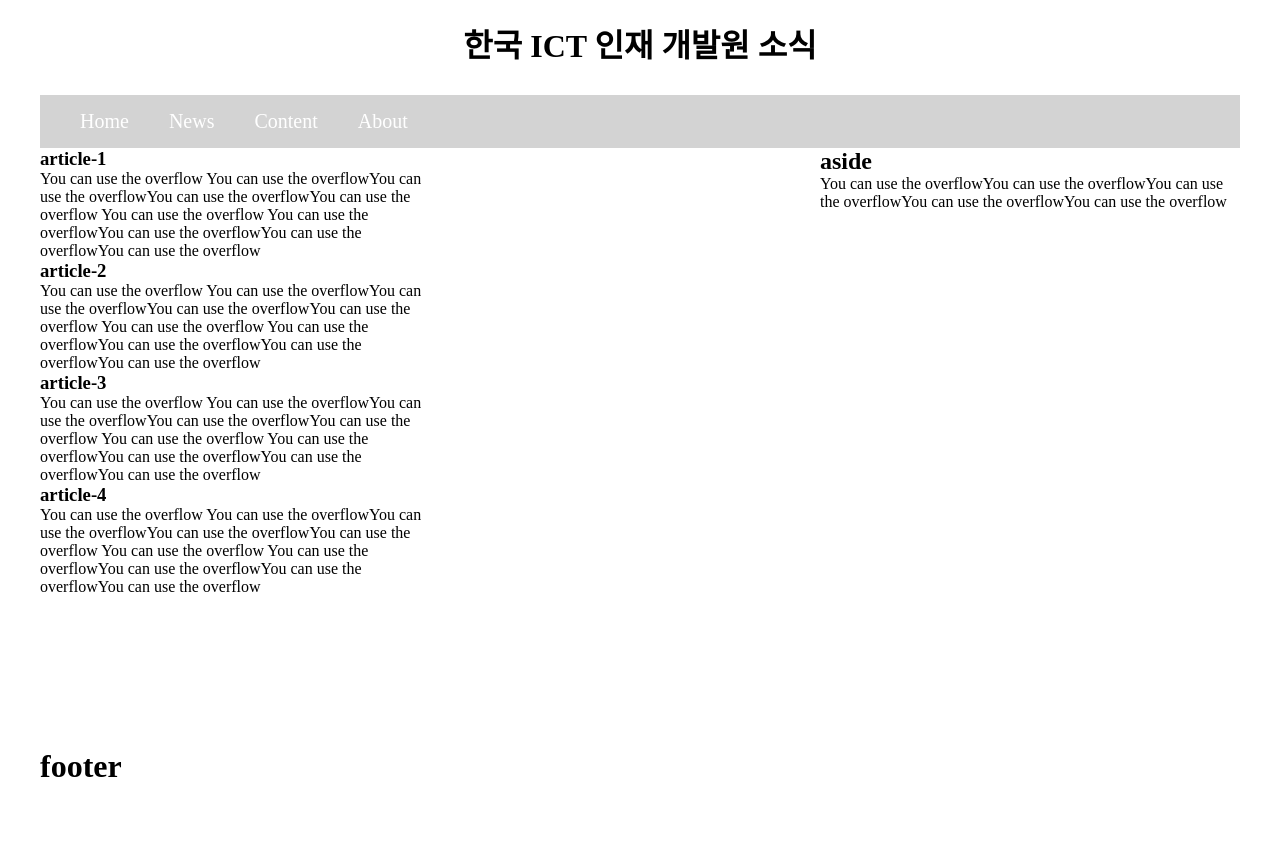
Repository: Kebiskim/2023_WebStudy
Page: 01_css/src/main/webapp/day02/Ex05_Layout_Float.html
An editor plug-in stored every save of this project. The page is shown before and after the next save, followed by the edit.
The browser window is 1280 px wide. The pictures show the whole page.

Above is the page before, as saved 2023-06-26 03:21:52.

After the next save:
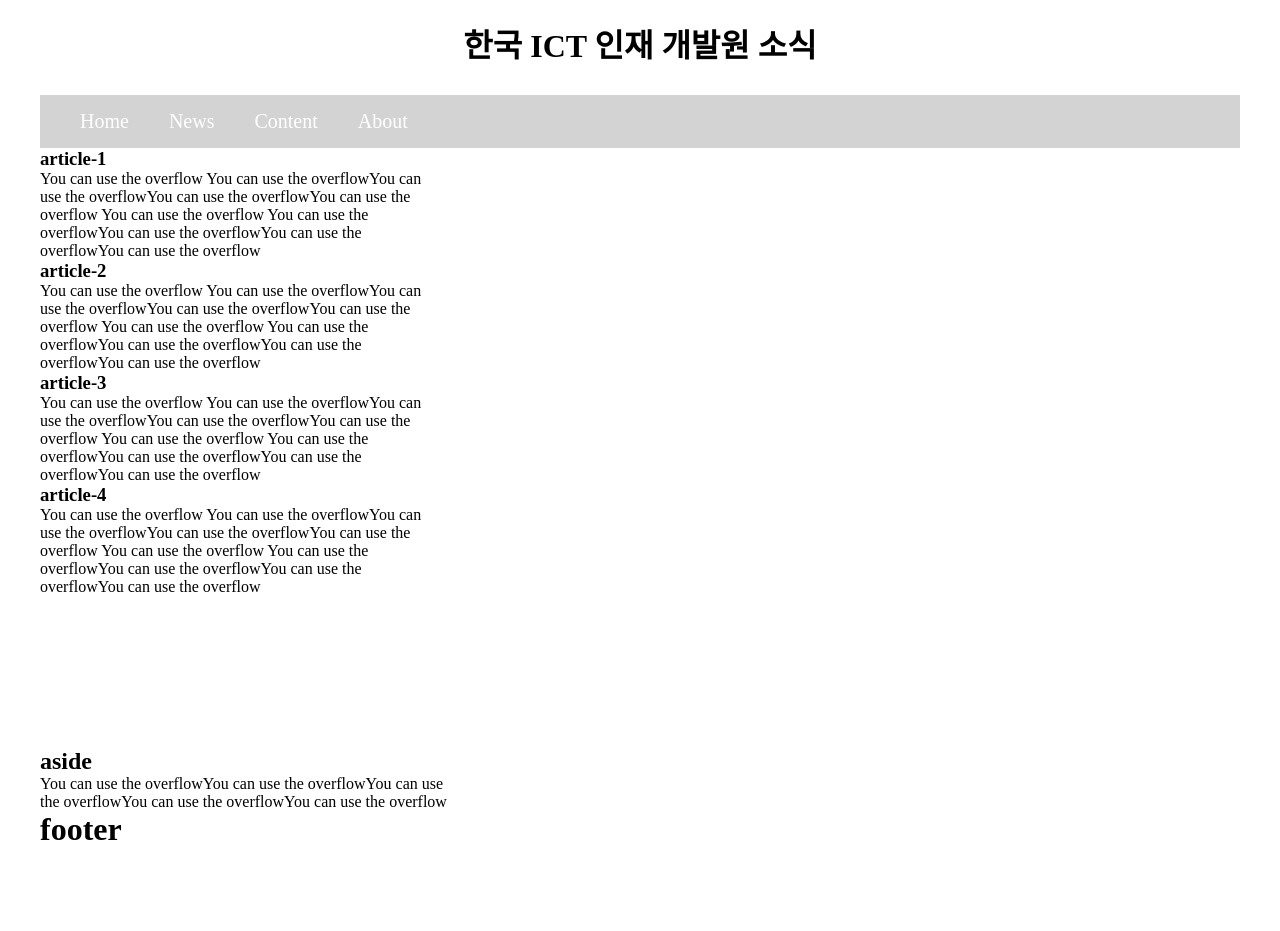
Saved 12 s later.
--- a/01_css/src/main/webapp/day02/Ex05_Layout_Float.html
+++ b/01_css/src/main/webapp/day02/Ex05_Layout_Float.html
@@ -22,11 +22,6 @@
 	section{
 		width: 65%;
 		height: 600px;
-	}
-	#contents{
-		/* 숫자를 지정하면, 늘리고 줄이고 할 때 내용이 사라짐. (깨짐) */
-		/* 줄이는 걸 안 만들었을 경우에는 크롬에서 최적화되어 있고, 최대 확대해서 써라~ 이런식으로 쓰고 욕먹는다. */
-		float: left;
 	}
 	.article{
 		border: 1px solid back;
